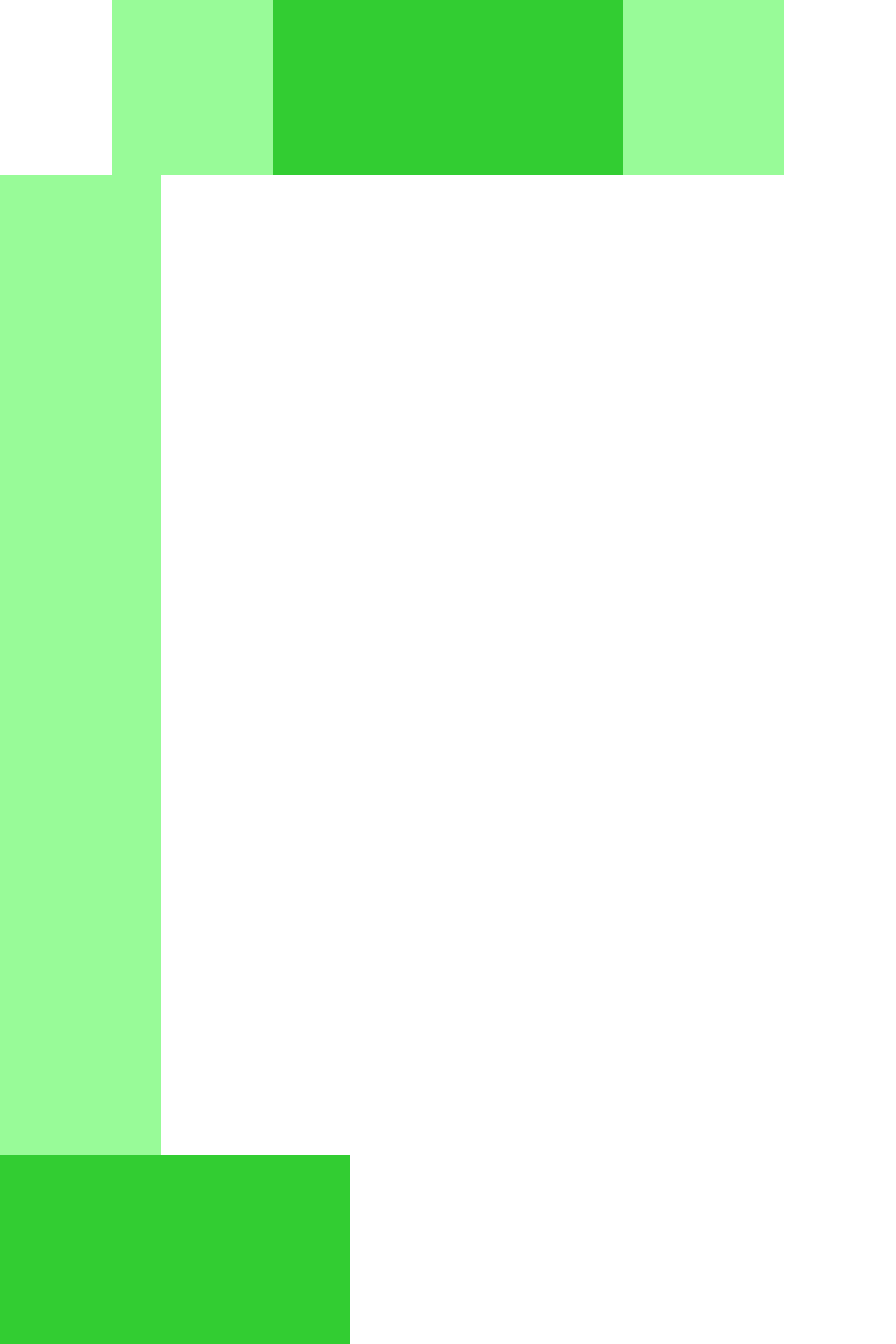
Repository: matuyama/dmm-webcamp
Page: chapter4/chapter4.html
The author's editor kept a record of every edit. The page is drawn from the files as they stood at one moment, then again after the next edit.
The browser window is 1280 px wide. The pictures show the part of the page from y = 1700 to 3620 px (the page is 6250 px tall before and 2150 px after), at 70% of full size.

Above is the page before.

### chapter4/chapter4.html
<!DOCTYPE html>
<html lang"ja">
  <head>
    <meta sharset="UTF-8">
    <link rel="stylesheet" href="chapter4.css"/>
    <title>chapter4</title>

  </head>

  <body>
    <div class="a"></div>

    <div class="b"></div>

    <div class="c">
      <div class="c-1"></div>
      <div class="c-2"></div>
      <div class="c-3"></div>

    </div>

      <div class="c-1"></div>
      <div class="c-2"></div>
      <div class="c-3"></div>

    <div class="d"></div>
  </body>
</html>

### chapter4/chapter4.css
*{
  margin: 0;
  padding: 0;
  box-sizing: border-box;
}

.a{
  width:100%;
  height:50px;
  background-color:red;
}

.b{
  width:100%;
  height:500px;
  background-color:orange;
}

.c{
  width:960px;
  margin: 0 auto;
  display: flex;
  justify-content: center;
}
  .c-1{
    width:230px;
    height:1400px;
    background-color:palegreen;
  }

  .c-2{
    width:500px;
    height:1400px;
    background-color:limegreen;
  }

  .c-3{
    width:230px;
    height:1400px;
    background-color:palegreen;
  }

.d{
  width:100%;
  height:100px;
  background-color:blue;
}

After the next edit:
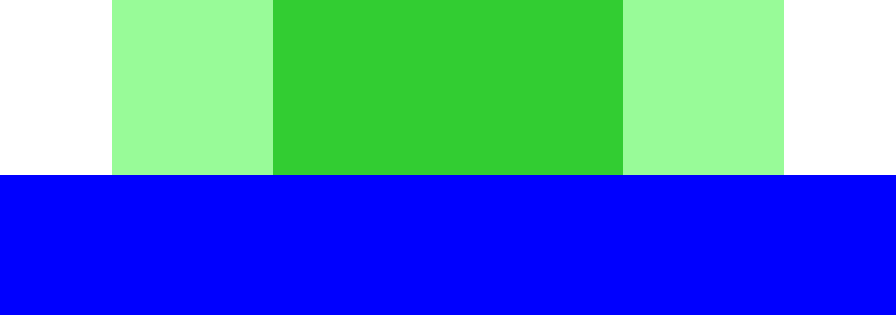
The edit:
--- a/chapter4/chapter4.html
+++ b/chapter4/chapter4.html
@@ -19,9 +19,8 @@
 
     </div>
 
-      <div class="c-1"></div>
-      <div class="c-2"></div>
-      <div class="c-3"></div>
+    <div class="d"></div>
+
 
     <div class="d"></div>
   </body>
